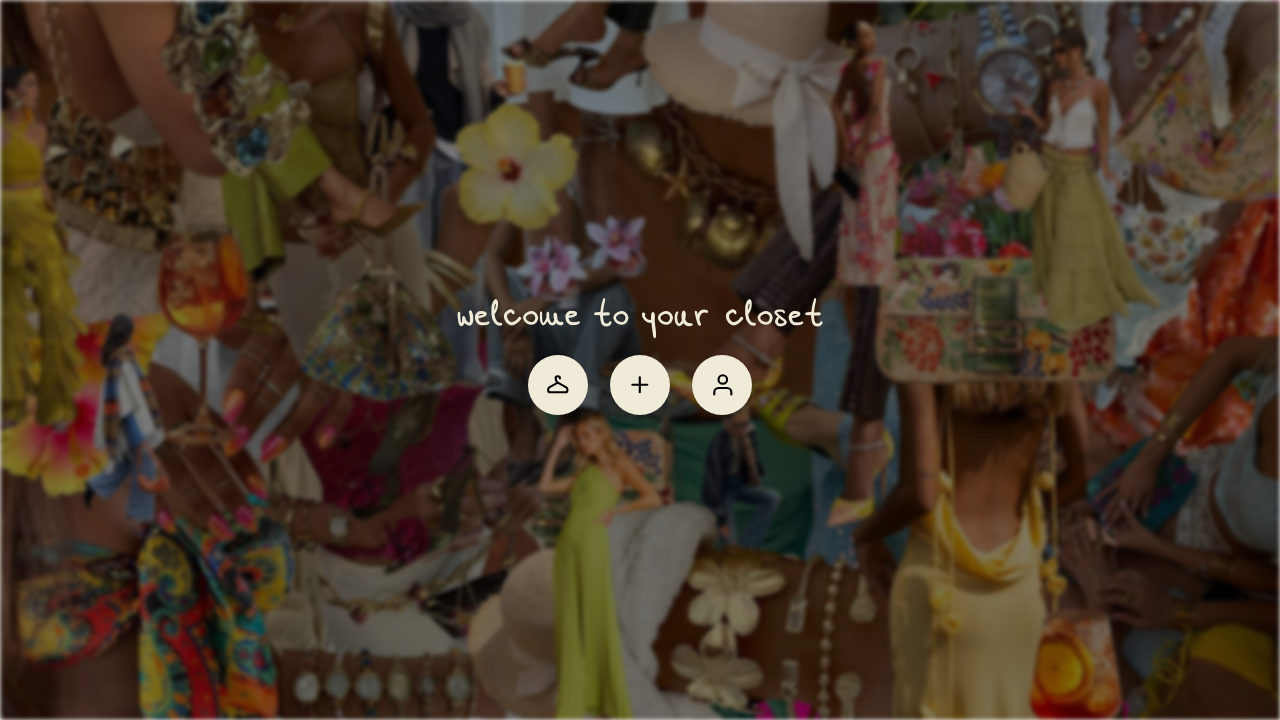
Repository: karla-sikavica/theCloset
Page: /home (app in frontend/)
An editor plug-in stored every save of this project. The page is shown before and after the next save, followed by the edit.
The browser window is 1280 px wide. The pictures show the whole page.
The project was rebuilt for these pictures with package versions that can differ from the ones it lists, and the page was loaded fresh each time. Also part of the build but not shown: frontend/vite.config.ts, frontend/src/components/css/GoogleButton.module.css, frontend/src/components/ui/GoogleButton.tsx, frontend/src/components/ui/GoogleLogin.tsx, frontend/src/pages/css/Login.module.css, frontend/src/pages/Login.tsx, frontend/src/pages/css/Loading.module.css, frontend/src/pages/Loading.tsx and 12 more.

Above is the page before, as saved 2025-04-24 15:31:22.

### frontend/src/main.tsx
import { StrictMode } from "react";
import { createRoot } from "react-dom/client";
import "./index.css";
import App from "./App.tsx";
import { LoadingProvider } from "./hooks/LoadingContext.tsx";
import { UserProvider } from "./hooks/UserContext.tsx";

createRoot(document.getElementById("root")!).render(
  <StrictMode>
    <LoadingProvider>
      <UserProvider>
        <App />
      </UserProvider>
    </LoadingProvider>
  </StrictMode>
);

### frontend/src/index.css
@font-face {
  font-family: 'Kalla';
  src: url('/fonts/Kalla.ttf') format('truetype');
  font-weight: 400;
  font-style: normal;
}

@font-face {
  font-family: 'Playwright';
  src: url('/fonts/PlaywritePE-VariableFont_wght.ttf') format('truetype');
  font-weight: 400;
  font-style: normal;
}

:root {
  font-family: 'Kalla', 'Times New Roman', Avenir, Helvetica, Arial, sans-serif;
  line-height: 50px;
  font-weight: 400;
  display: block;


  font-synthesis: none;
  text-rendering: optimizeLegibility;
  -webkit-font-smoothing: antialiased;
  -moz-osx-font-smoothing: grayscale;
}

/* Sakrij scroll bar na svim elementima */
* {
  scrollbar-width: none; /* Firefox */
  -ms-overflow-style: none;  /* Internet Explorer 10+ */
}

*::-webkit-scrollbar {
  display: none; /* Chrome, Safari, Edge, Opera */
}

### frontend/src/App.tsx
import { BrowserRouter as Router, Routes, Route } from "react-router-dom";
import "./App.css";
import Login from "./pages/Login";
import Collage from "./components/ui/Collage";
import Loading from "./pages/Loading";
import { useLoading } from "./hooks/LoadingContext";
import Home from "./pages/Home";
import AppLayout from "./pages/AppLayout";
import Add from "./pages/Add";
import Closet from "./pages/Closet";
import Profile from "./pages/Profile";

function App() {
  const { loading } = useLoading();

  return (
    <Router>
      {loading && <Loading />}
      <Collage />
      <div className="main-content">
        <Routes>
          <Route path="/" element={<Login />} />
          <Route path="/login" element={<Login />} />
          <Route path="/home" element={<Home />} />

          <Route path="/" element={<AppLayout />}>
            <Route path="add" element={<Add />} />
            <Route path="closet" element={<Closet />} />
            <Route path="profile" element={<Profile />} />
          </Route>
        </Routes>
      </div>
    </Router>
  );
}

export default App;

### frontend/src/hooks/LoadingContext.tsx
import { createContext, useContext, useState } from "react";

const LoadingContext = createContext<{
  loading: boolean;
  setLoading: (value: boolean) => void;
}>({
  loading: false,
  setLoading: () => {},
});

export const LoadingProvider = ({
  children,
}: {
  children: React.ReactNode;
}) => {
  const [loading, setLoading] = useState(false);
  return (
    <LoadingContext.Provider value={{ loading, setLoading }}>
      {children}
    </LoadingContext.Provider>
  );
};

export const useLoading = () => useContext(LoadingContext);

### frontend/src/hooks/UserContext.tsx
import React, {
  createContext,
  useContext,
  useState,
  ReactNode,
  useEffect,
} from "react";
import { User } from "../types";
// Firebase modular imports
import { getAuth, getIdToken } from "firebase/auth";
import { app } from "../firebase";

interface UserContextType {
  user: User | null;
  setUser: (user: User | null) => void; // Function to update the user
}

// Create the context with default value as null (no user initially)
const UserContext = createContext<UserContextType | undefined>(undefined);

// Define the provider component that will wrap your app
interface UserProviderProps {
  children: ReactNode;
}

export const UserProvider: React.FC<UserProviderProps> = ({ children }) => {
  const [user, setUser] = useState<User | null>(null); // Initialize user state

  useEffect(() => {
    const fetchCurrentUser = async () => {
      try {
        const auth = getAuth(app); // Get Firebase Auth instance
        const currentUser = auth.currentUser;

        if (currentUser) {
          // Get the ID token of the currently logged-in user
          const idToken = await getIdToken(currentUser);
          if (idToken) {
            // Make the API call to get the current user
            const response = await fetch(
              "http://localhost:8080/users/current",
              {
                method: "GET",
                headers: {
                  Authorization: `Bearer ${idToken}`,
                },
              }
            );

            if (!response.ok) {
              throw new Error("Failed to fetch current user");
            }

            const data = await response.json();
            setUser(data); // Set the user data in context
          }
        }
      } catch (error) {
        console.error("Error fetching current user:", error);
      }
    };

    fetchCurrentUser(); // Call the function to fetch the current user on mount
  }, []); // Empty dependency array means it runs once when the component mounts

  return (
    <UserContext.Provider value={{ user, setUser }}>
      {children}
    </UserContext.Provider>
  );
};

// Custom hook to use the UserContext in any component
export const useUserContext = () => {
  const context = useContext(UserContext);
  if (!context) {
    throw new Error("useUserContext must be used within a UserProvider");
  }
  return context;
};

### frontend/src/App.css
#root {
  margin: 0 auto;
/*   padding: 2rem;
 */  text-align: center;
}

body {
  color:#f0ebd8  ;
  text-shadow: 2px 2px 4px rgba(0, 0, 0, 0.5);
}

body, html, #root {
  margin: 0;
  padding: 0;
  height: 100%;
  width: 100%;
  overflow: hidden;
}

/* Optional: to make sure your app content appears above the collage */
.main-content {
  z-index: 10;

   position: relative;
  /*pointer-events: auto;
  height: 100%; */
}

/*
body::before {
  content: "";
  position: fixed;
  top: 0;
  left: 0;
  width: 100vh;
  height: 100vw;
  background-image: url("/images/download.jpeg");
  background-repeat: no-repeat;
  background-size: cover;
  background-position: center;
  transform: rotate(270deg) translate(-100vh, 0);
  transform-origin: top left;
  z-index: -1;
}

body::after {
  content: "";
  position: fixed;
  top: 0;
  left: 0;
  width: 100vw;
  height: 100vh;
  /* background: rgba(50, 30, 10, 0.6); */
/*   z-index: -1;
 *//* */

### frontend/src/components/ui/Collage.tsx
/* import "../css/Collage.css";

type CollageImage = {
  src: string;
  top: string;
  left: string;
  width: string;
  rotate?: string;
  zIndex?: number;
};

const collageConfig: CollageImage[] = [
  {
    src: "/images/collage.jpg",
    top: "0%",
    left: "0%",
    width: "100%",
    rotate: "0deg",
    zIndex: 2,
  },
];

const Collage: React.FC = () => {
  return (
    <div className="collage-background">
      {collageConfig.map((img, index) => (
        <img
          key={index}
          src={img.src}
          alt={`collage-img-${index}`}
          className="collage-img"
          style={{
            top: img.top,
            left: img.left,
            width: img.width,
            transform: `rotate(${img.rotate || "0deg"})`,
            zIndex: img.zIndex || 0,
          }}
        />
      ))}
    </div>
  );
};

export default Collage;

/*
const Collage: React.FC = () => {
  const containerRef = useRef<HTMLDivElement>(null);

  useEffect(() => {
    const container = containerRef.current;
    if (!container) return;

    const imgs = container.querySelectorAll("img");
    imgs.forEach((img) => {
      const x = Math.random() * 100;
      const y = Math.random() * 100;
      const rotate = Math.random() * 20 - 10; // rotate between -10 and +10 degrees
      const z = Math.floor(Math.random() * 10); // random z-index

      img.style.top = `${y}vh`;
      img.style.left = `${x}vw`;
      img.style.transform = `rotate(${rotate}deg)`;
      img.style.zIndex = z.toString();
    });
  }, []);

  return (
    <div className="collage-background" ref={containerRef}>
      {[...Array(imageCount)].map((_, index) => (
        <img
          key={index}
          src={`/images/photo%20(${index + 1}).png`}
          alt={`collage-img-${index}`}
          className="collage-img"
        />
      ))}
    </div>
  );
};

export default Collage; */

import "../css/Collage.css";

const Collage: React.FC = () => {
  return <div className="collage-background"></div>;
};

export default Collage;

### frontend/src/pages/Home.tsx
import { useNavigate } from "react-router-dom";
import HomeButton from "../components/ui/HomeButton";
import { LuPlus } from "react-icons/lu";
import { TbHanger } from "react-icons/tb";
import { FiUser } from "react-icons/fi";
import styles from "./css/Home.module.css";

const Home = () => {
  const navigate = useNavigate();

  return (
    <div className={styles.homeContainer}>
      <div className={styles.welcomeDiv}>welcome to your closet</div>

      <div className={styles.navButtonsContainer}>
        <HomeButton
          onClick={() => {
            navigate("/closet");
          }}
        >
          <TbHanger />
        </HomeButton>
        <HomeButton
          onClick={() => {
            navigate("/add");
          }}
        >
          <LuPlus />
        </HomeButton>
        <HomeButton
          onClick={() => {
            navigate("/profile");
          }}
        >
          <FiUser />
        </HomeButton>
      </div>
    </div>
  );
};

export default Home;

### frontend/src/firebase.ts
import { initializeApp } from "firebase/app";
import { getAuth, GoogleAuthProvider  } from "firebase/auth";
import { getStorage } from "firebase/storage"; // ➕ ovo dodaš

//import { getAnalytics } from "firebase/auth";

const firebaseConfig = {
  apiKey: "AIzaSyAbHQdx6UcrnGOItmjSgqMahJKQc3tssx8",
  authDomain: "thecloset-7ba5e.firebaseapp.com",
  projectId: "thecloset-7ba5e",
/*   storageBucket: "thecloset-7ba5e.appspot.app",
 */  storageBucket: "thecloset-7ba5e.firebasestorage.app",

  messagingSenderId: "77195632073",
  appId: "1:77195632073:web:69fd94b7e825471e71dc18",
  measurementId: "G-8GEFS4DWQG"
};

// Initialize Firebase
export const app = initializeApp(firebaseConfig);
export const auth = getAuth(app);
export const googleProvider = new GoogleAuthProvider();
export const storage = getStorage(app); // ➕ ovo dodaš za spremanje slika



//const analytics = getAnalytics(app);

### frontend/src/components/css/Collage.css
.collage-background {
    position: fixed; /* Fiksira pozadinu */
    top: 0;
    left: 0;
    width: 100vw;
    height: 100vh;

    background-image: url('/images/collage.jpg'); /* Postavi pozadinsku sliku */
    background-size: cover; /* Pokrije cijeli ekran */
    background-position: center; /* Centrira sliku */
    background-repeat: no-repeat; /* Sprječava ponavljanje slike */
    background-attachment: fixed; /* Fiksira sliku prilikom skrolanja */
    filter:  blur(2px) brightness(0.5);

}

### frontend/src/components/ui/HomeButton.tsx
import "../css/HomeButton.css";

interface Props {
  children: React.ReactNode;
  onClick: () => void;
}

const HomeButton = ({ children, onClick }: Props) => {
  return (
    <button onClick={onClick} className="homeButton">
      {children}
    </button>
  );
};

export default HomeButton;

### frontend/src/pages/css/Home.module.css
.homeContainer{
    display: flex;
    justify-content: center;
    align-items: center;
    flex-direction: column;
    height: 100vh;
    width: 100vw;
}

.navButtonsContainer{
    display: flex;
    flex-direction: row;
}

.welcomeDiv{
    font-size: 3rem;
}

/* centrirani gumbi */
.navButtonsContainerCenter {
    display: flex;
    justify-content: center;
    gap: 1.5rem;
  }

  /* gumbi na dnu */
  .navButtonsContainerBottom {
    display: flex;
    justify-content: center;
    gap: 1.5rem;
    position: fixed;
    bottom: 2rem;
    left: 50%;
    transform: translateX(-50%);
    z-index: 10;
  }

  /* welcome poruka */
  .welcomeDiv {
    text-align: center;
  }

  /* bež okvir u sredini */
  .contentBox {
    width: 80%;
    height: 400px;
    margin: 2rem auto;
    background-color: #f0ebd8;
    border-radius: 20px;
    box-shadow: 0 5px 10px rgba(0, 0, 0, 0.1);
    padding: 2rem;
    text-align: center;
    animation: fadeIn 0.5s ease;
    font-size: 4rem;
/*     color: #463730;
 */    color: #3a2618;
    text-shadow: none;
  }

  /* animacija */
  @keyframes fadeIn {
    from {
      opacity: 0;
      transform: translateY(10px);
    }
    to {
      opacity: 1;
      transform: translateY(0);
    }
  }

### frontend/src/pages/css/Add.css
/* Generalne postavke za telo stranice */
body {
    font-family: 'Kalla', sans-serif;
    height: 100vh;
    font-size: 1.3rem;
    text-shadow: none;
  }

  /* Container koji sadrži formu */
  .AddContainer {
    display: flex;
    justify-content: center;
    align-items: center;
    flex-direction: column;
    padding: 20px;
    border-radius: 8px;
    box-shadow: 0 4px 8px rgba(0, 0, 0, 0.1);
    width: 100%;
    height: 100%;
    box-sizing: border-box;
  }

  /* Naslov forme */
  .titleContainer {
    text-align: center;
    margin-bottom: 40px;
  }

  .title {
    font-weight: bold;
    color: #333;
    margin: 0;
  }

  p{
    margin: 0;
  }

  /* Informativni tekst iznad forme */
  .formTypeContainer {
    text-align: center;
  }

  .formTypeContainer p {
    color: #777;
  }

  .formContainer {
    display: flex;
    flex-direction: row;
    justify-content: center;
    align-items: center;
    gap: 15px;
    height: 50%;
    width: 80%;
  }

  /* Label za svaki input */
  label {
    font-size: 3rem;
    font-weight: 600;
    color: #333;
  }

  /* Input i select polja */
  input[type="text"],
  input[type="number"],
  input[type="file"],
  select {
    padding: 2px 5px;
    border: 1px solid #ccc;
    border-radius: 50px;
    max-width: 40%;
    font-family: 'Kalla', sans-serif;
    font-size: 1.3rem;
    box-sizing: border-box;
    text-transform: lowercase;
  }

  input[type="text"]:focus,
  input[type="number"]:focus,
  select:focus {
    outline: none;
    border-color: #ff1493;
    box-shadow: 0 0 5px rgba(52, 152, 219, 0.2);
    text-transform: lowercase;

  }

  /* Stajling za dugme za submit */
  .submitButton {
    font-family: 'Kalla', sans-serif;
    padding: 8px;
    background-color: #ff1493;
    color: white;
    border: none;
    border-radius: 50px;
    cursor: pointer;
    transition: background-color 0.3s ease;
    width: 100px;
    box-sizing: border-box;
    font-size: 20px;
  }

  .submitButton:hover {
    background-color: #ea1285;
  }



  /* Razmak između inputa za bolju preglednost */
  input[type="text"]:focus,
  input[type="number"]:focus {
    border-color: #ff4d6d;
  }

  /* Flexbox container za boje */
  .colorsContainer {
    display: flex;
    gap: 10px;
    flex-wrap: wrap;
  }

  /* Stil za input za boje */
  .colorsContainer input {
    width: 30%;
    min-width: 150px;
    max-width: 160px;
  }

  /* input[type="file"] {
    border: 1px solid #ccc;
    border-radius: 5px;
  }

  input[type="file"]:focus {
    border-color: #ff1493;
    box-shadow: 0 0 5px rgba(52, 152, 219, 0.2);
  }

  .file-upload-wrapper {
    display: flex;
    align-items: center;
  }

  .file-upload-label {
    background-color: #ff1493;
    font-size: 14px;
    color: white;
    border-radius: 12px;
    cursor: pointer;
    box-shadow: 0 4px 10px rgba(0, 0, 0, 0.15);
    transition: background-color 0.3s ease;
  }

  .file-upload-label:hover {
    background-color: #e01280;
  }

  .hidden-file-input {
    display: none;
  }

  .image-preview {
    margin-top: 1rem;
    display: flex;
    justify-content: center;
  }

  .preview-img {
    max-width: 200px;
    border-radius: 12px;
    box-shadow: 0 6px 16px rgba(0, 0, 0, 0.15);
    object-fit: cover;
  }
   */

   .file-upload-wrapper {
    display: flex;
    justify-content: center;
    align-items: center;
    margin-top: 1rem;
  }

  .file-upload-label {
    width: 250px;
    height: 250px;
    border: 2px dashed #ccc;
    border-radius: 12px;
    display: flex;
    justify-content: center;
    align-items: center;
    color: #888;
    font-size: 14px;
    cursor: pointer;
    transition: border-color 0.3s ease, background-color 0.3s ease;
    position: relative;
    overflow: hidden;
    background-color: #fff;
  }

  .file-upload-label:hover {
    border-color: #ff1493;
    background-color: #fdf2f8;
  }

  .hidden-file-input {
    display: none;
  }

  .preview-img {
    width: 100%;
    height: 100%;
    object-fit: cover;
    border-radius: 12px;
    position: absolute;
    top: 0;
    left: 0;
  }

  .color-options-container {
    display: flex;
    flex-wrap: wrap;
    gap: 10px;
    margin-bottom: 16px;
  }

  .color-option {
    display: flex;
    align-items: center;
    gap: 6px;
    padding: 2px 5px;
    border: 2px solid #ccc;
    border-radius: 10px;
    background-color: #fefefe;
    cursor: pointer;
    font-size: 14px;
    text-transform: lowercase;

    transition: all 0.2s ease;
    user-select: none;
  }

  /* sakriva checkbox ali zadržava funkcionalnost */
  .color-option input[type="checkbox"] {
    display: none;
  }

  .color-square {
    width: 18px;
    height: 18px;
    border: 1px solid #aaa;
    border-radius: 4px;
    display: inline-block;
  }

  /* kad je odabrano */
  .color-option.selected {
    border-color: #ff1493; /* ljubičasto-plavi border */
    background-color: #ff149121;
    font-weight: 600;
  }

  .toggleColorsButton {
    background-color: white;
    font-family: 'Kalla';
    padding: 4px 8px;
    font-size: 1.3rem;
    border-radius: 50px;
    border: none;
    margin-bottom: 10px;
    cursor: pointer;
    transition: background-color 0.2s ease;
  }

  .toggleColorsButton:hover {
    border: #ff1493 2px;
  }

  .price-input-wrapper {
    position: relative;
    display: inline-block;
    width: 100%;
  }

  .price-input-wrapper input {
    width: 100%;
    font-size: 1rem;
    font-weight: 500;
    box-sizing: border-box;
  }

  .price-input-wrapper .euro-symbol {
    position: absolute;
    right: 10px;
    top: 50%;
    transform: translateY(-50%);
    color: #666;
    font-size: 1rem;
    pointer-events: none; /* da ne blokira klikove na input */
  }

### frontend/src/pages/css/Closet.css
* {
  box-sizing: border-box;
}


.card-container {
    display: flex;
    justify-content: center;
    padding: 1rem;
    background-color: eggshell; /* light grey background like Bootstrap */
  }

  .card {
    background-color: #fff;
    border: 1px solid #dee2e6; /* soft gray border */
    border-radius: 0.5rem;     /* classic bootstrap rounded corners */
    box-shadow: 0 0.125rem 0.25rem rgba(0, 0, 0, 0.075); /* bootstrap-style shadow */
    overflow: hidden;
    transition: transform 0.2s ease-in-out, box-shadow 0.2s ease-in-out;
  }

  .card:hover {
    transform: translateY(-4px);
    box-shadow: 0 0.5rem 1rem rgba(0, 0, 0, 0.15);
  }

  .image-div {
    width: 100%;
    aspect-ratio: 7/8; /* more classic card layout */
    background-color: #e9ecef;
    overflow: hidden;
  }

  .img {
    width: 100%;
    height: 100%;
    object-fit: cover;
    transition: transform 0.3s ease;
  }

  .card-body {
    text-align: center;
  }

  .body-div {
    font-size: 1.2rem;
    color: #373737;
    line-height: 1;
    padding-top: 4px;
  }
  /*
  .card-body p:last-child {
    font-size: 0.9rem;
    margin-bottom: 0;
  } */

  .card-div {
    display: grid;
    grid-template-columns: repeat(3, 1fr); /* Default: mobile */
    gap: 0.5rem;
    max-width: 1200px;
    width: 100%;
  }

  @media screen and (min-width: 430px) {
    .card-div {
      grid-template-columns: repeat(5, 1fr); /* Larger screens: 5 columns */
      gap: 0.7rem;
  }
    .card-container{
      padding: 1.5rem;
    }
  }

### frontend/src/components/css/HomeButton.css
.homeButton {
    width: 60px;
    height: 60px;
    border-radius: 50%;
    border: none;
    background-color: #f0ebd8;
    display: flex;
    align-items: center;
    justify-content: center;
    margin: 0.7rem;
    cursor: pointer;
    transition: background-color 0.3s ease, transform 0.2s ease;
    font-size: 1.6rem;
    box-shadow: 0 4px 10px rgba(0, 0, 0, 0.1);
  }

  .homeButton:hover {
    background-color: #dcd6bd;
    transform: scale(1.05);
  }

Loaded but not shown: frontend/index.html (common file)

After the next save:
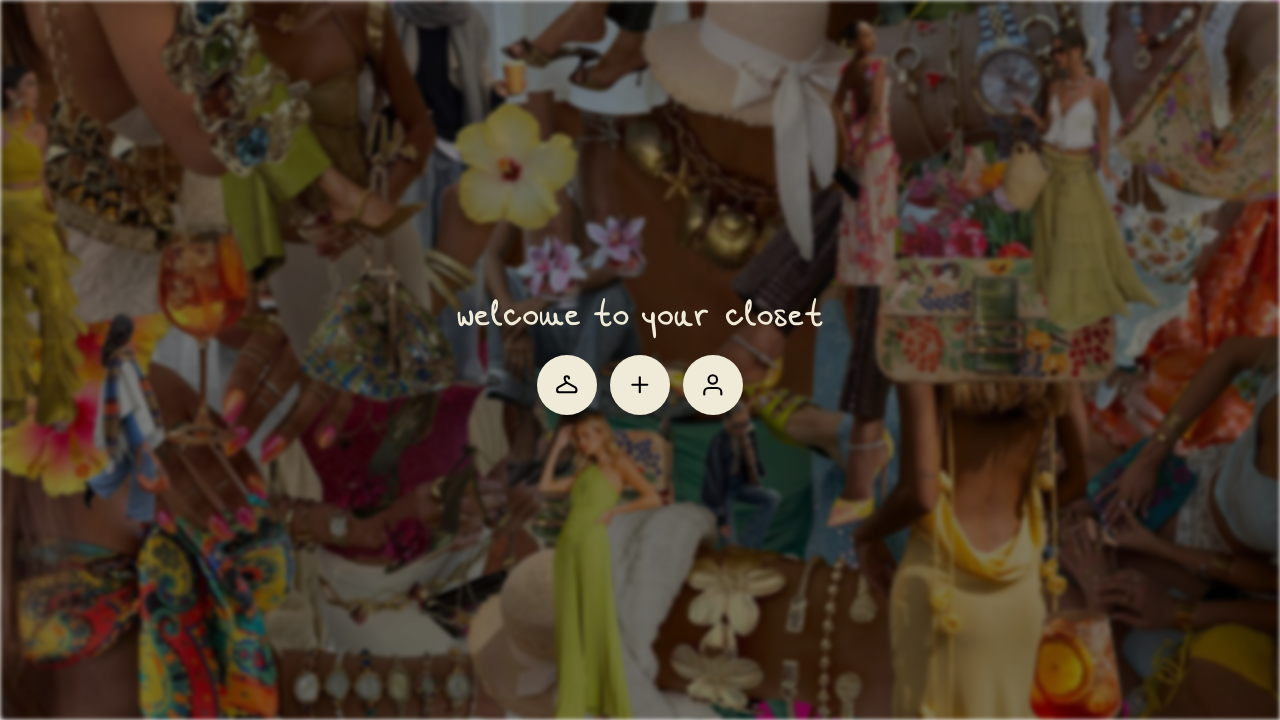
Saved 31 s later.
--- a/frontend/src/components/css/HomeButton.css
+++ b/frontend/src/components/css/HomeButton.css
@@ -7,7 +7,7 @@
     display: flex;
     align-items: center;
     justify-content: center;
-    margin: 0.7rem;
+    margin: 0.7rem 0.4rem;
     cursor: pointer;
     transition: background-color 0.3s ease, transform 0.2s ease;
     font-size: 1.6rem;
